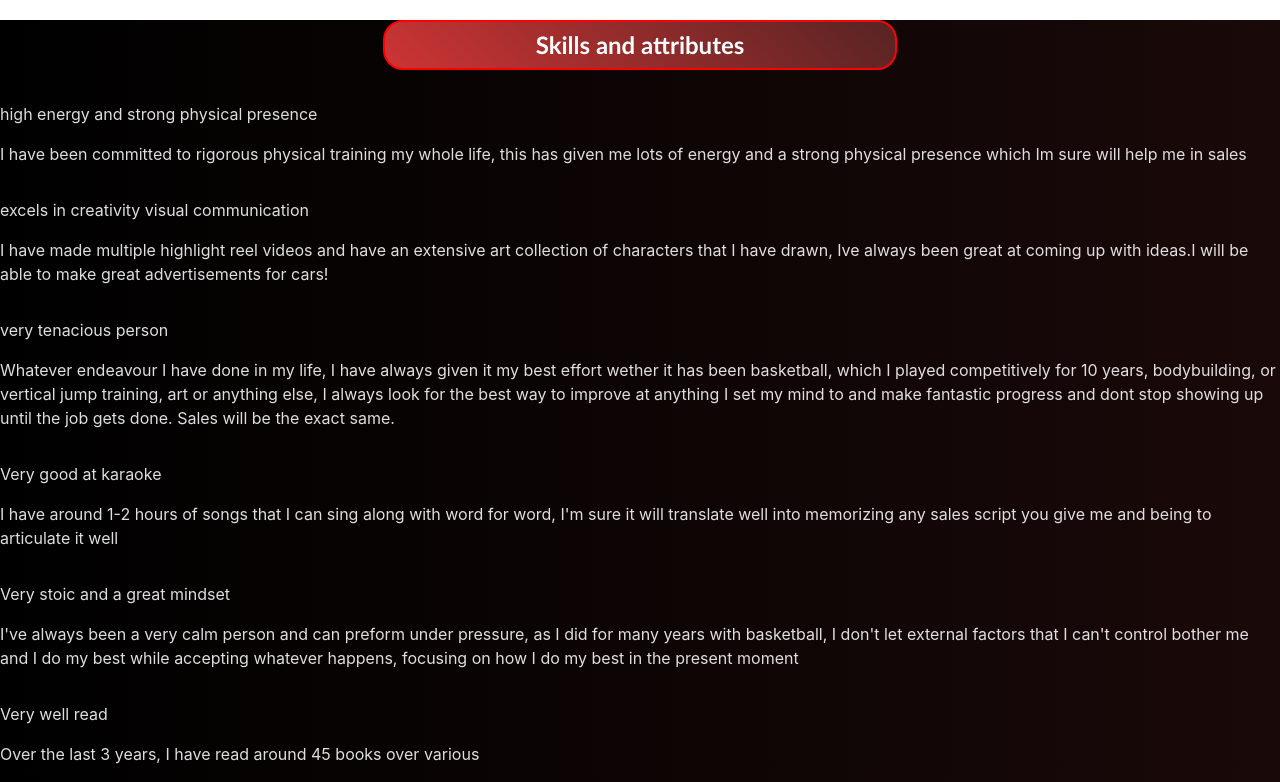
Repository: TMuse333/resume1
Page: /
These files come from the project's save history. The page is drawn as it stood at one moment and after the next save; the edit follows.
The browser window is 1280 px wide. The pictures show the whole page.
The project was rebuilt for these pictures with package versions that can differ from the ones it lists, and the page was loaded fresh each time. Also part of the build but not shown: vite.config.js, src/components/navbar.jsx, src/components/about.jsx, src/components/contact.jsx, src/components/footer.jsx, src/components/experience.jsx, src/components/carousel.jsx, src/components/experienceCarousel.jsx and 4 more. Imported but missing from the stored project, and not drawn on this page: src/images/best_dunk.mp4.

Above is the page before, as saved 2023-10-18 15:04:00.

After the next save:
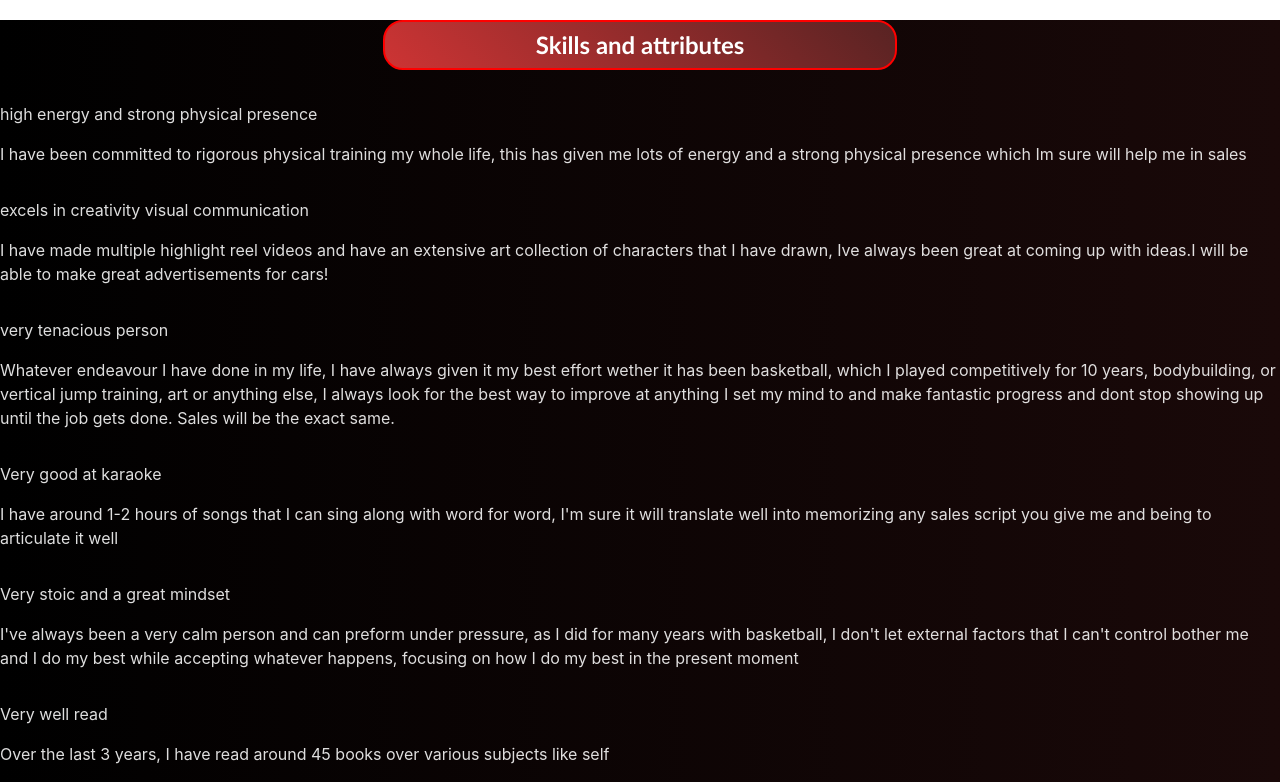
Saved 8 s later.
--- a/src/components/skillDesc.js
+++ b/src/components/skillDesc.js
@@ -244,7 +244,7 @@ export const attributes = [
   },
   {
     name:'Very well read',
-    description:'Over the last 3 years, I have read around 45 books over various '
+    description:'Over the last 3 years, I have read around 45 books over various subjects like self'
   }
 
 ]
